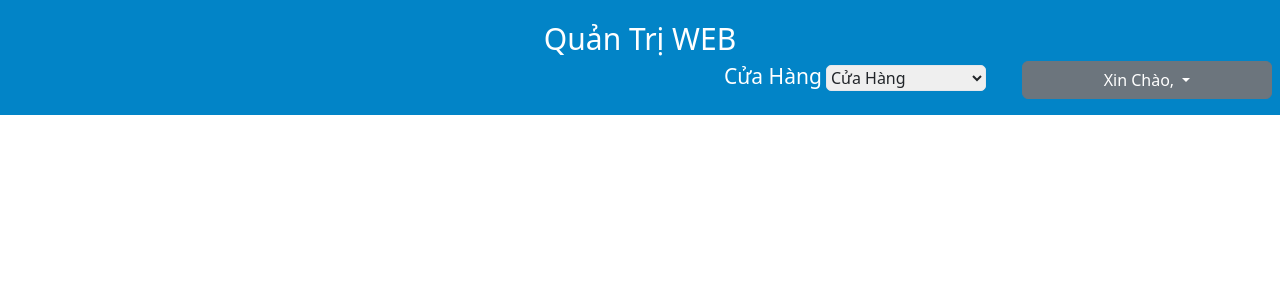
Repository: Leduc20/Website-Shopping-Clothes-Men-master
Page: http://localhost/webbanhang/admin/?list-danh-muc
The author's editor kept a copy of each file at every save. The page is drawn from the files as they stood at one save, then again after the next save.
The browser window is 1280 px wide. The pictures show the whole page.
Some web libraries are served in a nearby version. The page is run by PHP 8.4 with error messages shown; the project is at /var/www/html/.

Above is the page before, as saved 2022-11-14 17:19:54.

After the next save:
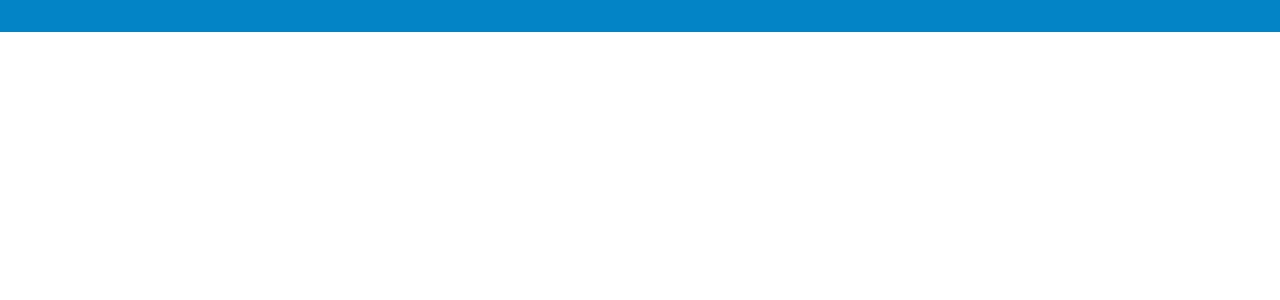
Saved 12 s later.
--- a/admin/layout.php
+++ b/admin/layout.php
@@ -16,36 +16,7 @@
 
 <body>
     <section class="bg-sky-600 py-3 px-2">
-        <p class="text-center text-white text-[30px]">Quản Trị WEB</p>
-        <div class="flex justify-end">
-            <form action="">
-                <span class="text-white text-[21px]">Cửa Hàng</span>
-                <select name="" id="" class="border-[1px] w-[160px] rounded-[5px]">
-                    <option value="">Cửa Hàng</option>
-                    <option value="">A</option>
-                    <option value="">b</option>
-                    <option value="">c</option>
-                </select>
-            </form>
-            <div class="dropdown ml-9 w-[250px]">
-                <span class="btn btn-secondary dropdown-toggle w-[250px]" href="#" role="button" data-bs-toggle="dropdown" aria-expanded="false">
 
-                    Xin Chào,<?php
-                                if (isset($_SESSION['user'])) {
-                                    extract($_SESSION['user']);
-                                    echo '<span class="">' . $name . '</span>';
-                                }
-
-                                ?>
-                </span>
-
-                <ul class="dropdown-menu">
-                    <li><a class="dropdown-item" href="#"><i class="fa-solid fa-user"></i>Tài khoản</a></li>
-                    <li><a class="dropdown-item" href="index.php?act=thoat"><i class="fa-solid fa-arrow-right-from-bracket"></i>Thoát</a></li>
-
-                </ul>
-            </div>
-        </div>
     </section>
     <section class="flex px-2">
 
